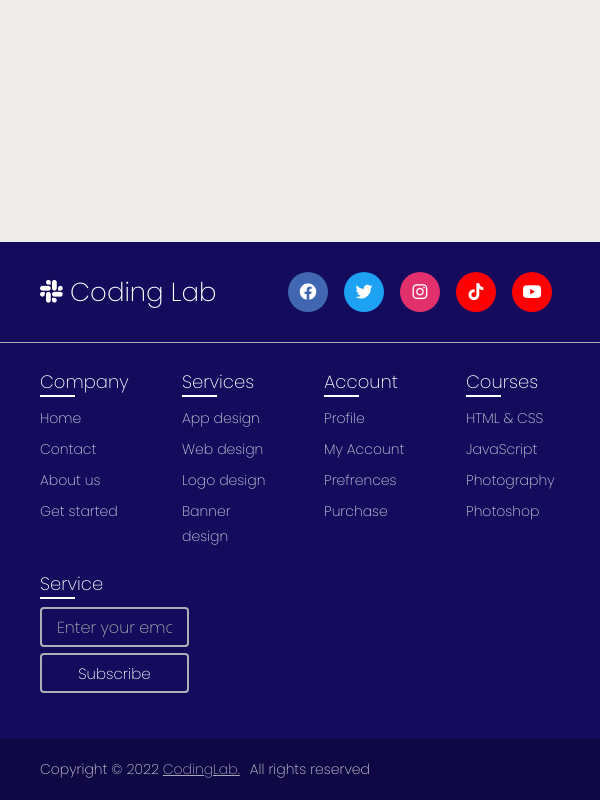
Repository: huynhvanngoan/TaskTeam5
Page: ResponsiveWebsiteFooterDesign/index.html
The author's editor kept a copy of each file at every save. The page is drawn from the files as they stood at one save, then again after a run of saves.
The browser window is 600 px wide. The pictures show the whole page.

Above is the page before, as saved 2022-10-10 13:18:27.

### ResponsiveWebsiteFooterDesign/index.html
<!DOCTYPE html>
<html lang="en">
<head>
    <meta charset="UTF-8">
    <meta http-equiv="X-UA-Compatible" content="IE=edge">
    <meta name="viewport" content="width=device-width, initial-scale=1.0">
    <title>Responsive Website Footer Design</title>
    <link rel="stylesheet" href="https://cdnjs.cloudflare.com/ajax/libs/font-awesome/6.2.0/css/all.min.css">
    <link rel="stylesheet" href="style.css">
</head>
<body>
    <footer>
        <div class="content">
            <div class="top">
                <div class="logo-details">
                    <i class="fab fa-slack"></i>
                    <span class="logo_name">Coding Lab</span>
                </div>
                <div class="media-icons">
                    <a href="#"><i class ="fab fa-facebook"></i></a>
                    <a href="#"><i class="fab fa-twitter"></i></a>
                    <a href="#"><i class="fab fa-instagram"></i></a>
                    <a href="#"><i class="fab fa-tiktok"></i></a>
                    <a href="#"><i class="fab fa-youtube"></i></a>
                </div>
            </div>
            <div class="link-boxes">
                <ul class="box">
                    <li class="link_name">Company</li>
                    <li><a href="#">Home</a></li>
                    <li><a href="#">Contact</a></li>
                    <li><a href="#">About us</a></li>
                    <li><a href="#">Get started</a></li>
                </ul>
                <ul class="box">
                    <li class="link_name">Services</li>
                    <li><a href="#">App design</a></li>
                    <li><a href="#">Web design</a></li>
                    <li><a href="#">Logo design</a></li>
                    <li><a href="#">Banner design </a></li>
                </ul>
                <ul class="box">
                    <li class="link_name">Account</li>
                    <li><a href="#">Profile</a></li>
                    <li><a href="#">My Account</a></li>
                    <li><a href="#">Prefrences</a></li>
                    <li><a href="#">Purchase</a></li>
                </ul>
                <ul class="box">
                    <li class="link_name">Courses</li>
                    <li><a href="#">HTML & CSS</a></li>
                    <li><a href="#">JavaScript</a></li>
                    <li><a href="#">Photography</a></li>
                    <li><a href="#">Photoshop</a></li>
                </ul>
                <ul class="box input-box">
                    <li class="link_name">Service</li>
                    <li><input type="text" placeholder="Enter your email"></li>
                    <li><input type="button" value="Subscribe"></li>
                </ul>
            </div>
        </div>
        <div class="bottom-details">
            <div class="bottom_text">
                <span class="copyright_text">Copyright &#169; 2022 <a href="#">CodingLab.</a>All rights reserved</span>
                <span class="policy_terms"><a href="#">Privacy policy</a>
                <a href="#">Terms & condition</a></span>
            </div>
        </div>
    </footer>
</body>
</html>

### ResponsiveWebsiteFooterDesign/style.css
/* Google font cdn link */
@import url('https://fonts.googleapis.com/css2?family=Poppins:ital,wght@0,200;0,600;1,500;1,900&display=swap');

* {
    margin: 0;
    padding: 0;
    box-sizing: border-box;
    font-family: 'Poppins', sans-serif;
}

body {
    min-height: 100vh;
    width: 100%;
    background: #EEECEB;
}

footer {
    position: fixed;
    background: #140B5C;
    width: 100%;
    bottom: 0;
    left: 0;
}
footer::before{
    content: '';
    position: absolute;
    left: 0;
    top: 100px;
    height: 1px;
    width: 100%;
    background: #AFAFB6;
}
footer .content {
    max-width: 1250px;
    margin: auto;
    padding: 30px 40px 40px 40px;
}
footer .content .top{
    display: flex;
    align-items: center;
    justify-content: space-between;
    margin-bottom: 50px;
}
.content .top .logo-details {
    color: #fff;
    font-size: 30px;
}
.content .top .media-icons {
    display: flex;
}
.content .top .media-icons a {
    height: 40px;
    width: 40px;
    background: red;
    margin: 0px 8px;
    border-radius: 50%;
    text-align: center;
    line-height: 40px;
    color: #fff;
    font-size: 17px;
    text-decoration: none;
}
.content .top .media-icons a:nth-child(1){
    background: #4267B2;
}
.content .top .media-icons a:nth-child(1):hover{
    color: #4267B2;
    background: #fff;
}
.content .top .media-icons a:nth-child(2){
    background: #1DA1F2;
}
.content .top .media-icons a:nth-child(2):hover{
    color: #1DA1F2;
    background: #fff;
}
.content .top .media-icons a:nth-child(3){
    background: #E1306C;
}
.content .top .media-icons a:nth-child(3):hover{
    color: #E1306C;
    background: #fff;
}
.content .top .media-icons a:nth-child(4){
    background: #000;
}
.content .top .media-icons a:nth-child(3):hover{
    color: #000;
    background: #fff;
}
.content .top .media-icons a:nth-child(4){
    background: #FF0000;
}
.content .top .media-icons a:nth-child(4):hover{
    color: #FF0000;
    background: #fff;
}
footer .content .link-boxes{
    width: 100%;
    display: flex;
    justify-content: space-between;
}
footer .content .link-boxes .box{
    width: calc(100% / 5 - 10px);
}
.content .link-boxes .box .link_name{
    color: #fff;
    font-size: 18px;
    font-weight: 400;
    margin-bottom: 10px;
    position: relative;
}
.link-boxes .box .link_name::before{
    content: '';
    position: absolute;
    left: 0;
    bottom: -2px;
    height: 2px;
    width: 35px;
    background: #fff;
}
.content .link-boxes .box li{
    margin: 6px 0;
    list-style: none;
}
.content .link-boxes .box li a{
    color: #fff;
    font-size: 14px;
    font-weight: 400;
    text-decoration: none;
    opacity: 0.8;
    transition: all 0.4s ease;
}
.content .link-boxes .box li a:hover{
    opacity: 1;
    text-decoration: underline;
}
.content .link-boxes .input-box {
    margin-right: 55px;
}
.link-boxes .input-box input{
    height: 40px;
    width: calc(100% + 55px);
    outline: none;
    border: 2px solid #AFAFB6;
    background: #140B5C;
    border-radius: 4px;
    padding: 0 15px;
    font-size: 15px;
    color: #fff;
}
.link-boxes .input-box input::placeholder{
    color: #AFAFB6;
    font-size: 16px;
}
.link-boxes .input-box input[type="botton"]{
    background: #fff;
    color: #140B5C;
    border: none;
    font-size: 18px;
    font-weight: 500;
    margin: 4px 0;
    opacity: 0.8;
    cursor: pointer;
    transition: all 0.4s ease;
}
.link-boxes .input-box input[type="botton"]:hover{
    opacity: 1;
}
footer .bottom-details{
    width: 100%;
    background: #0F0844;
}
footer .bottom-details .bottom_text{
    min-width: 1250px;
    margin-left: auto;
    margin: auto;
    padding: 20px 40px;
    display: flex;
    justify-content: space-between;
}
.bottom-details .bottom_text span,
.bottom-details .bottom_text a{
    font-size: 14px;
    font-weight: 300;
    color: #fff;
    opacity: 0.8;
}
.bottom-details .bottom_text a:hover{
    opacity: 1;
    text-decoration: underline;
}
.bottom-details .bottom_text a{
    margin-right: 10px;
}
@media (max-width: 900px)  {
    footer .content .link-boxes{
        flex-wrap: wrap;
    }
    .content .link-boxes .input-box{
        width: 40%;
        margin-top: 10px;
    }
}
@media (max-width: 700px){
    .content .top .logo-details{
        font-size: 26px;
    }
    .content .top .media-icons a{
        height: 40px;
        width: 40px;
    }
}

After the next 2 saves:
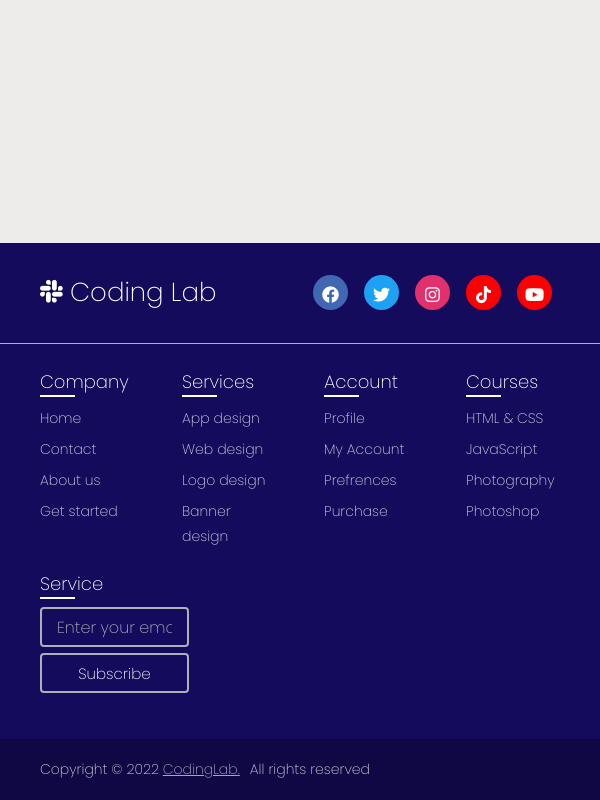
The 2 saves are shown as one change because they came seconds apart.
The last was saved 18 s later.
--- a/ResponsiveWebsiteFooterDesign/style.css
+++ b/ResponsiveWebsiteFooterDesign/style.css
@@ -207,7 +207,7 @@ footer .bottom-details .bottom_text{
         font-size: 26px;
     }
     .content .top .media-icons a{
-        height: 40px;
-        width: 40px;
-    }
-}
+        height: 35px;
+        width: 35px;
+    }
+}
